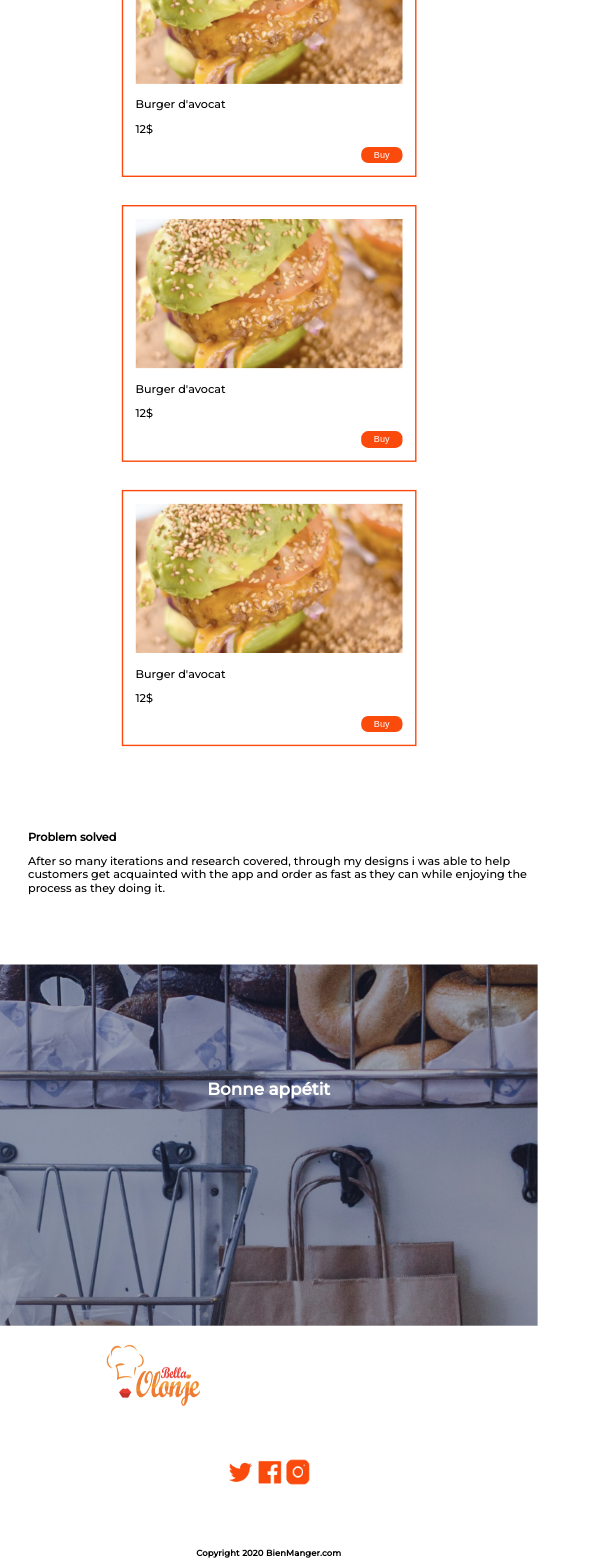
Repository: Ahlam-belhadj/bella-olange
Page: index.html
The author's editor kept a copy of each file at every save. The page is drawn from the files as they stood at one save, then again after a run of saves.
The browser window is 768 px wide. The page is 858 px wide, so the pictures cover 858 px, including what lies to the right of the window. The pictures show the part of the page from y = 3987 to 6227 px (the page is 6227 px tall before and 6212 px after), at 70% of full size.

Above is the page before, as saved 2023-02-12 20:20:09.

### index.html
<!DOCTYPE html>
<html lang="en">

<head>
    <meta charset="UTF-8">
    <meta http-equiv="X-UA-Compatible" content="IE=edge">
    <meta name="viewport" content="width=device-width, initial-scale=1.0">
    <link rel="stylesheet" href="style.css">
    <title>Bella olanje</title>
</head>

<body>
    <header>
        <nav>
            <div class="logo"><img  class="logo" src="image/logo_bella_olonje.png" alt="logo"></div>
            <ul>
                <li><a href="#" class="nav-link">Home</a></li>
                <li><a href="#" class="nav-link">Pizza</a></li>
                <li><a href="#" class="nav-link">Burgers</a></li>
                <li><a href="#" class="nav-link">Salade</a></li>
                <li><a href="#" class="nav-link">Contact</a></li>

            </ul>
            <div class="icon_navbar">
                <label for="click" class="menu-btn">
                  <i class="fas fa-bars"></i>
                </label>
            </div>
          </nav>

        <div class="title">
            <div class="texte">
                <h3>Food app</h3>
                <h1>Chez Bella <br>
                    chaque désire s'additionne.</h1>
            </div>
        </div>
    </header>
    <main>
        <h2 id="pizza" >Nos Pizza</h2>
        <div class="container-card">
            <div class="border">
                <div class="card-img">
                    <img src="image/fromage.png" alt="">
                </div>
                <div class="card-text">
                    <p>
                        Pizza 4 Fromage
                    </p>
                </div>
                <div class="prix">
                    <p>
                        12$
                    </p>
                </div>
                <div class="button1">
                    <a href="index2.html"><button class="button" type="button">Buy</button></a>
                </div>
            </div>
            <div class="border">
                <div class="card-img">
                    <img src="image/fromage.png" alt="">
                </div>
                <div class="card-text">
                    <p>
                        Pizza 4 Fromage
                    </p>
                </div>
                <div class="prix">
                    <p>
                        12$
                    </p>
                </div>
                <div class="button1">
                    <a href="index2.html"><button class="button" type="button">Buy</button></a>
                </div>
            </div>
            <div class="border">
                <div class="card-img">
                    <img src="image/fromage.png" alt="">
                </div>
                <div class="card-text">
                    <p>
                        Pizza 4 Fromage
                    </p>
                </div>
                <div class="prix">
                    <p>
                        12$
                    </p>
                </div>
                <div class="button1">
                    <a href="index2.html"><button class="button" type="button">Buy</button></a>
                </div>
            </div>
        </div>
        <hr id="burgers">
        <h2>Nos Burgers</h2>
        <div class="container-card">
            <div class="border">
                <div class="card-img">
                    <img src="image/salade.png" alt="">
                </div>
                <div class="card-text">
                    <p>
                        Burger d'avocat
                    </p>
                </div>
                <div class="prix">
                    <p>
                        12$
                    </p>
                </div>
                <div class="button1">
                    <a href="index2.html"><button class="button" type="button">Buy</button></a>
                </div>
            </div>
            <div class="border">
                <div class="card-img">
                    <img src="image/salade.png" alt="">
                </div>
                <div class="card-text">
                    <p>
                        Burger d'avocat
                    </p>
                </div>
                <div class="prix">
                    <p>
                        12$
                    </p>
                </div>
                <div class="button1">
                    <a href="index2.html"><button class="button" type="button">Buy</button></a>
                </div>
            </div>
            <div class="border">
                <div class="card-img">
                    <img src="image/salade.png" alt="">
                </div>
                <div class="card-text">
                    <p>
                        Burger d'avocat
                    </p>
                </div>
                <div class="prix">
                    <p>
                        12$
                    </p>
                </div>
                <div class="button1">
                    <a href="index2.html"><button class="button" type="button">Buy</button></a>
                </div>
            </div>
        </div>
        <hr id="salade">
        <h2>Nos Salade</h2>
        <div class="container-card">
            <div class="border">
                <div class="card-img">
                    <img src="image/burger.png" alt="">
                </div>
                <div class="card-text">
                    <p>
                        Burger d'avocat
                    </p>
                </div>
                <div class="prix">
                    <p>
                        12$
                    </p>
                </div>
                <div class="button1">
                    <a href="index2.html"><button class="button" type="button">Buy</button></a>
                </div>
            </div>
            <div class="border">
                <div class="card-img">
                    <img src="image/burger.png" alt="">
                </div>
                <div class="card-text">
                    <p>
                        Burger d'avocat
                    </p>
                </div>
                <div class="prix">
                    <p>
                        12$
                    </p>
                </div>
                <div class="button1">
                    <a href="index2.html"><button class="button" type="button">Buy</button></a>
                </div>
            </div>
            <div class="border">
                <div class="card-img">
                    <img src="image/burger.png" alt="">
                </div>
                <div class="card-text">
                    <p>
                        Burger d'avocat
                    </p>
                </div>
                <div class="prix">
                    <p>
                        12$
                    </p>
                </div>
                <div class="button1">
                    <a href="index2.html"><button class="button" type="button">Buy</button></a>
                </div>
            </div>
        </div>


        <strong>
            Problem solved
        </strong>


        <p class="texte3">After so many iterations and research covered, through my designs i was able to help <br> customers get
            acquainted
            with the app and order as fast as they can while enjoying the <br>
            process as they doing it.</p>



        <div class="title1">
            <div class="texte">
                <h2>Bonne appétit</h2>
            </div>
        </div>

        <footer class="footer">
            <img class="footer_logo" src="image/logo_bella_olonje.png" alt="logo">
            <div class="social">
                <img src="image/ant-design_twitter-outlined.png" alt="panier">
                <img src="image/ant-design_facebook-filled.png" alt="facebook">
                <img src="image/instagram.png" alt="insta">
            </div>
            <p class="copy">Copyright 2020 BienManger.com</p>
        </footer>
    </main>

</body>

</html>

### style.css
@import url('https://fonts.googleapis.com/css2?family=Montserrat:wght@100;200;500&display=swap');

body {
    font-family: Montserrat, sans-serif;
    margin: auto;
}


.logo {
    height: 80px;
}

nav {
    display: flex;
    height: 80px;
    width: 100%;
    background: white;
    align-items: center;
    justify-content: space-between;
    padding: 0 50px 0 100px;
    flex-wrap: wrap;
  }

  nav .logo {
    color: #fff;
    font-size: 20px;
    text-transform: uppercase;
    text-decoration: none;
  }

  nav a {
    color: #fff;
    text-decoration: none;
  }

  nav ul {
    display: flex;
    flex-wrap: wrap;
    list-style: none;

  }

  nav ul li {
    margin: 0 5px;
  }

  nav ul li a {
    color: black;
    text-decoration: none;
    font-size: 16px;
    font-weight: 500;
    padding: 8px 15px;
    border-radius: 5px;
    letter-spacing: 1px;
    transition: all 0.3s ease;
  }

  nav .icon_navbar {
    display: flex;
  }



  nav .menu-btn i {
    color: #050505;
    font-size: 22px;
    cursor: pointer;

  }

  input[type="checkbox"] {
    display: none;
  }

  @media (max-width: 1000px) {
    nav {
      padding: 0 40px 0 50px;
    }

    nav .logo {
      color: #fff;
      font-size: 16px;
      text-transform: uppercase;
    }
  }

  @media (max-width: 1250px) {
    nav .menu-btn i {
      display: block;
    }

    #click:checked~.menu-btn i:before {
      content: "\f00d";
    }

    nav ul {
      position: fixed;
      top: 80px;
      right: -100%;
      background: #C81100;
      height: 100vh;
      width: 60%;
      text-align: center;
      display: block;
      transition: all 0.3s ease;
    }

    #click:checked~ul {
      right: 0;
    }

    nav ul li {
      width: 100%;
      margin: 40px 0;
    }

    nav ul li a {
      width: 100%;
      display: block;
      font-size: 20px;
      transition: 0.6s cubic-bezier(0.68, -0.55, 0.265, 1.55);
    }

    #click:checked~ul li a {
      margin-left: 0px;
    }

    nav ul li a.active,
    nav ul li a:hover {
      background: none;
      color: #1E1E1E;
    }
  }

.title {
  background-image: url(image/Rectangle\ 48.png);
  height: 619px;
  background-repeat: no-repeat;
  background-position: center;
  background-size: cover;



}

.texte{
    color: white;
    display: flex;
    align-items: center;
    justify-content: center;
    flex-direction: column;
    text-align: center;
    height: 50%;
}

h2{
    text-align:center;
    padding-top: 100px;
}

.container-card{
    display: flex;
    flex-direction: row;
    justify-content: space-around;
    align-items: center;
    margin-bottom: 100px;

}

.border{
    border: 2px solid #fa4a0c;
    padding: 18px;

}


.button {
    border: 0;
    line-height: 1.8;
    padding: 0 18px;
    font-size: 13px;
    text-align: center;
    color: #fff;
    border-radius: 10px;
    background-color:#FA4A0C;

}


.button1{
    display: flex;
    justify-content: end;

}

.imgf{
    height: 619px;
}

.title1 {
    background-image: url(image/Rectangle\ 47.png);
    height: 516px;
    background-repeat: no-repeat;
    background-position: center;
    background-size: cover;



}

p.texte3 {

    margin-bottom: 100px;
    padding-left: 40px;
}

.footer {
    padding: 0 115px 54px 115px;
    display: flex;
    flex-direction: row;
    justify-content: space-between;
}

.footer_logo {
    padding-top: 17px;
    height: 90px;
}

.social {
    padding-top: 66px;
}

.copy {
    padding-top: 74px;
    font-family: Montserrat;
    font-style: normal;
    font-weight: 700;
    font-size: 12px;
    line-height: 18px;
    letter-spacing: 0.2px;
}


hr {
    width: 50%;
    height: 2px;
    background-color:#E4E4E4;
    border: none;
}

strong {
    padding-left: 40px;

}



@media (max-width:800px) {

    .container-card{
        flex-direction: column;
    }

    .border {
        margin: 20px;
    }


    .footer{
        padding: 0;
        display: flex;
        flex-direction: column;
    }


    .footer_logo{
        width: 150px;
        height: 100px;
       padding-left: 150px;
       margin-bottom: 5px;
    }
    .social {
        display: flex;
        justify-content: center;
    }

    .nav-menu {
        width: 105%;
    }

    .copy{
        text-align: center;
    }


}

After the next 3 saves:
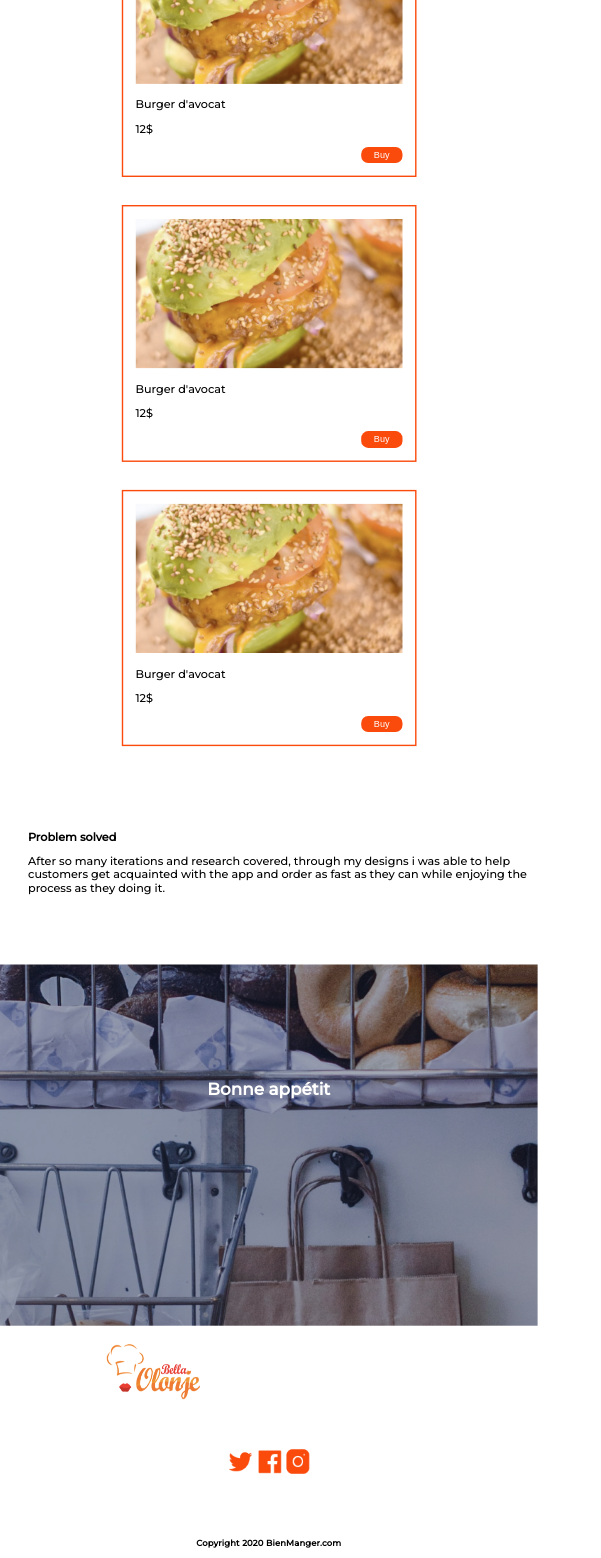
The 3 saves are shown as one change because they came seconds apart.
The last was saved 38 s later.
--- a/style.css
+++ b/style.css
@@ -275,9 +275,9 @@ strong {
 
     .footer_logo{
         width: 150px;
-        height: 100px;
+
        padding-left: 150px;
-       margin-bottom: 5px;
+       margin-bottom: 0x;
     }
     .social {
         display: flex;
